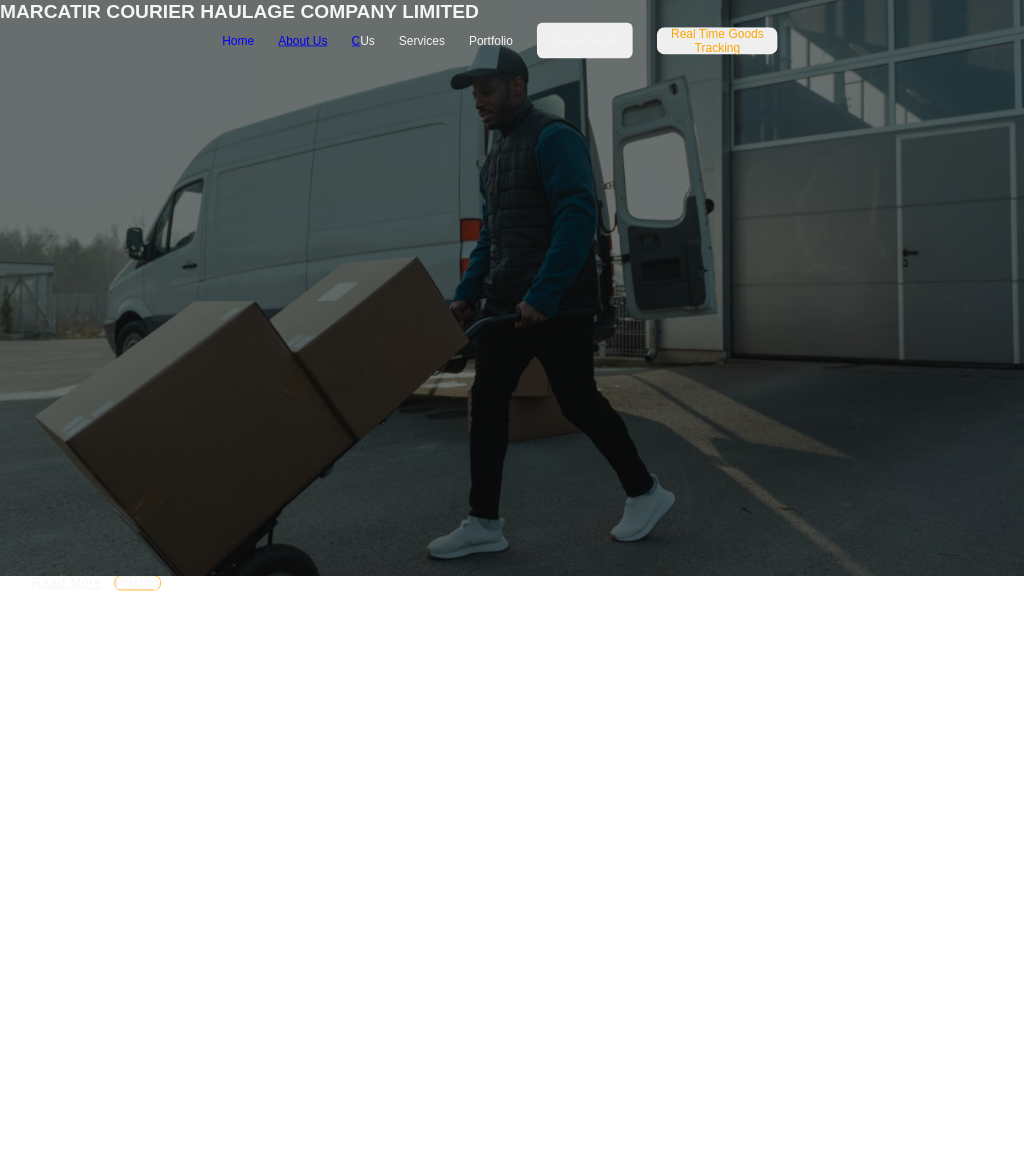
Repository: YagahAi/MARCATIR
Page: INDEX.HTML
An editor plug-in stored every save of this project. The page is shown before and after a run of saves, followed by the edit.
The browser window is 1280 px wide. The pictures show the whole page, at 80% of full size.

Above is the page before, as saved 2023-09-15 02:27:10.

After the next 3 saves:
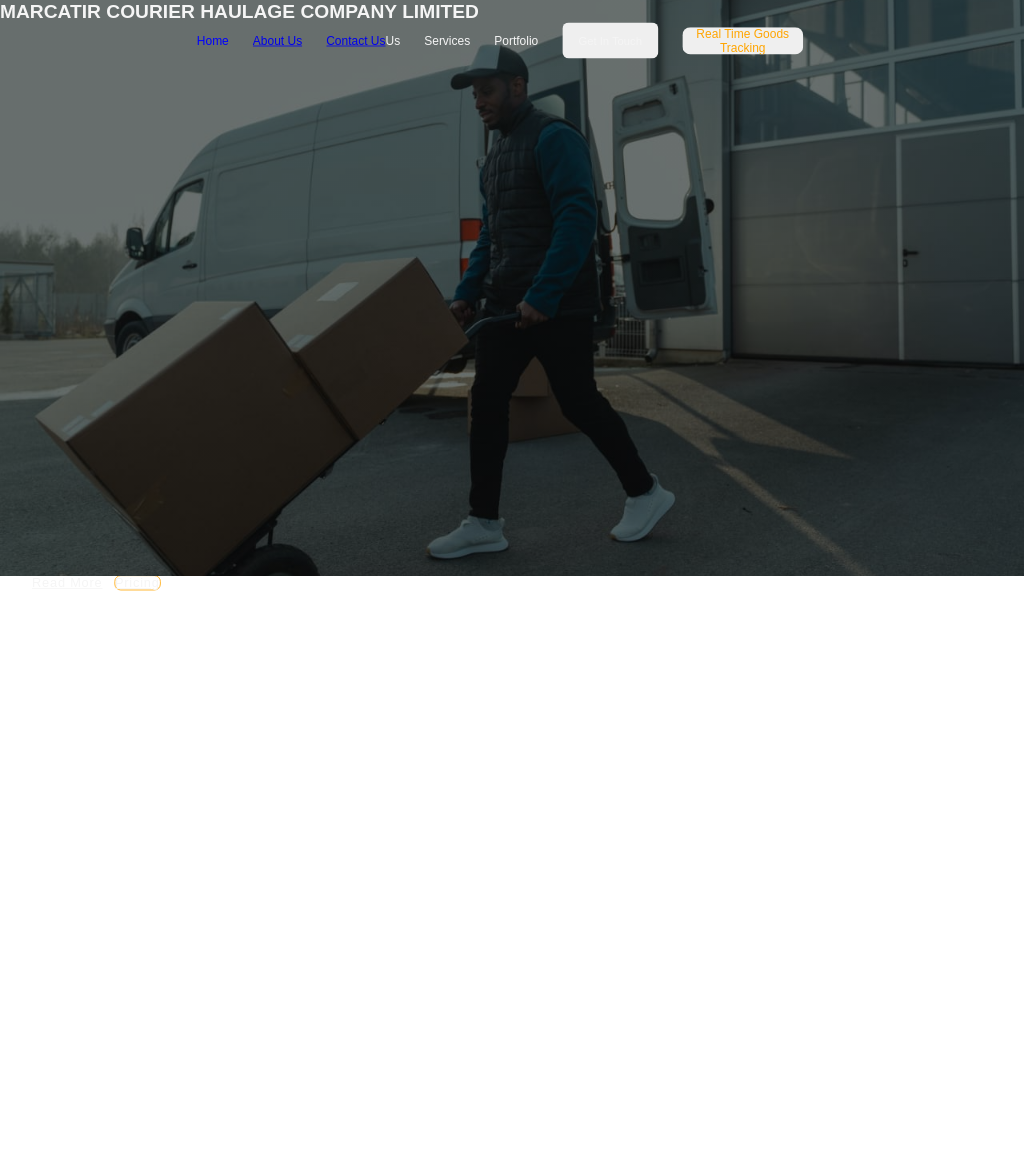
The 3 saves are shown as one change because they came seconds apart.
The last was saved 7 s later.
--- a/INDEX.HTML
+++ b/INDEX.HTML
@@ -13,7 +13,7 @@
             <ul>
                 <li class="active">Home</li>
                 <li><a href="/aboutus.html">About Us</a> </li>
-                <li><a href="/contactus.html">C</a>Us</li>
+                <li><a href="/contactus.html">Contact Us</a>Us</li>
                 <li>Services</li>
                 <li>Portfolio</li>
                 <li><a href="/form.html" target="_blank"><button class="btn">Get In Touch</button></a></li>
